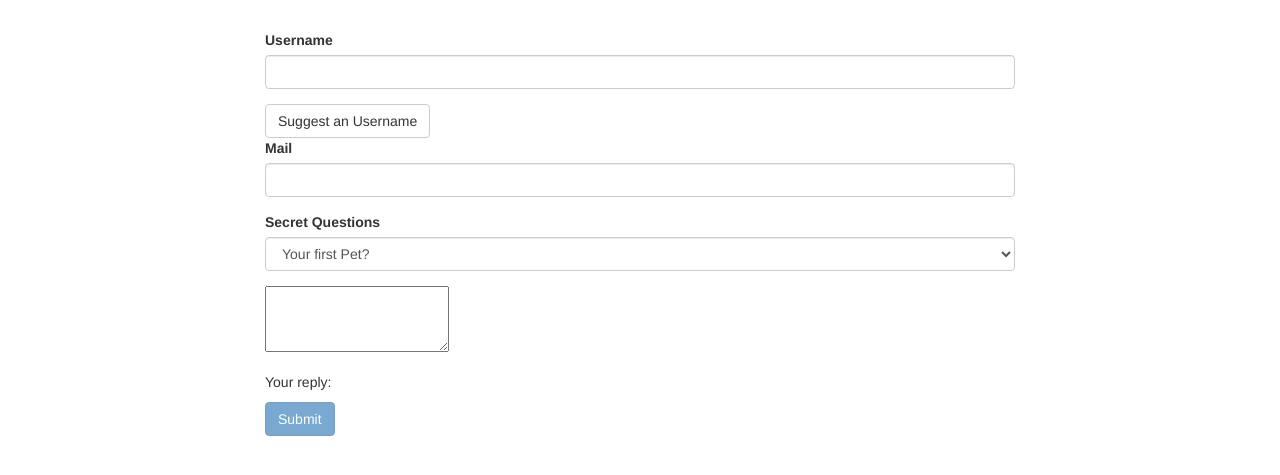
Repository: NikitasX/AngularCourse
Page: / (app in forms-start/)
These files come from the project's save history. The page is drawn as it stood at one moment and after the next save; the edit follows.
The browser window is 1280 px wide. The pictures show the whole page.
The project was rebuilt for these pictures with package versions that can differ from the ones it lists, and the page was loaded fresh each time. Also part of the build but not shown: forms-start/angular.json.

Above is the page before, as saved 2020-09-25 15:46:14.

After the next save:
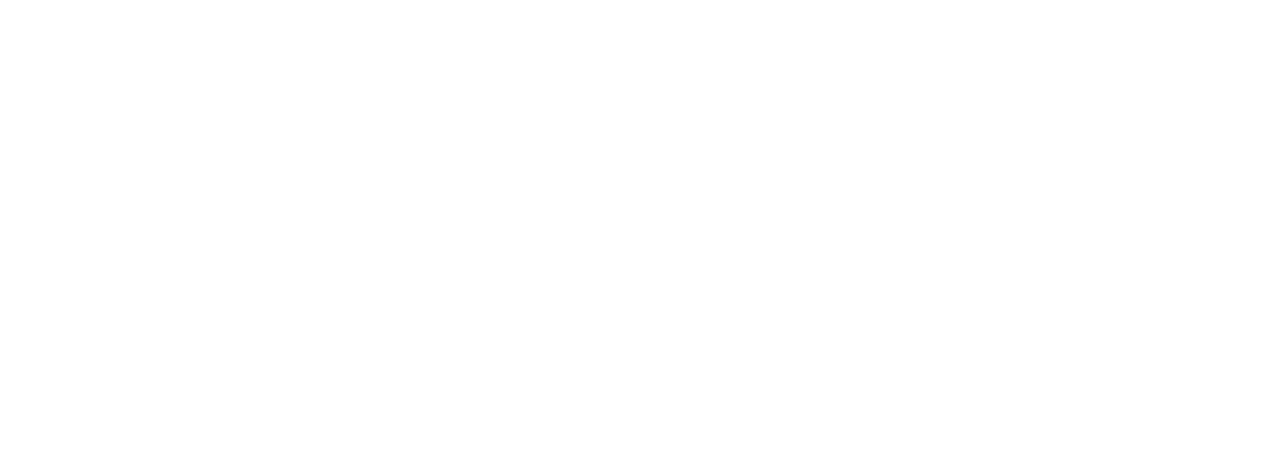
Saved 4 s later.
--- a/forms-start/src/app/app.component.html
+++ b/forms-start/src/app/app.component.html
@@ -49,7 +49,7 @@
           rows="3"
           ngModel></textarea>
         </div>
-        <p>Your reply: </p>
+        <p>Your reply: {{ }}</p>
         <button
           class="btn btn-primary"
           type="submit"

After the save that followed:
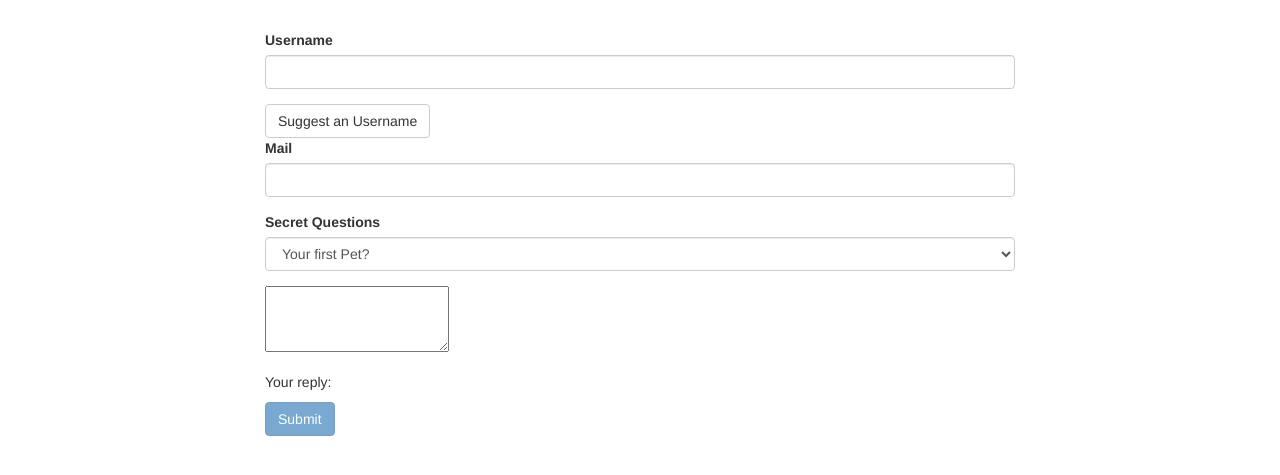
Saved 5 s later.
--- a/forms-start/src/app/app.component.html
+++ b/forms-start/src/app/app.component.html
@@ -49,7 +49,7 @@
           rows="3"
           ngModel></textarea>
         </div>
-        <p>Your reply: {{ }}</p>
+        <p>Your reply: {{ answer }}</p>
         <button
           class="btn btn-primary"
           type="submit"
